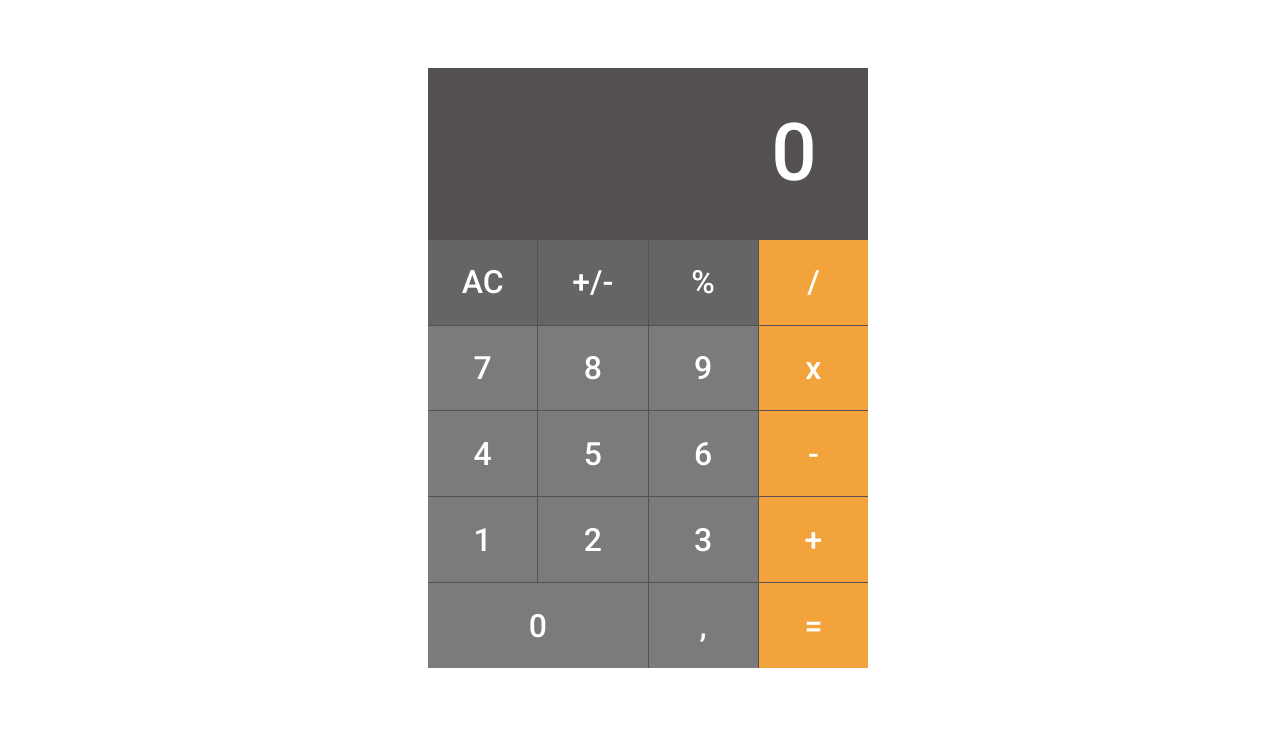
Repository: maciekto/calculatorOOP
Page: index.html
The author's editor kept a copy of each file at every save. The page is drawn from the files as they stood at one save, then again after the next save.
The browser window is 1280 px wide. The page is 1288 px wide, so the pictures cover 1288 px, including what lies to the right of the window. The pictures show the whole page.

Above is the page before, as saved 2022-07-08 16:59:52.

### index.html
<!DOCTYPE html>
<html lang="en">
<head>
    <meta charset="UTF-8">
    <meta http-equiv="X-UA-Compatible" content="IE=edge">
    <meta name="viewport" content="width=device-width, initial-scale=1.0">
    <title>Document</title>
    <link rel="stylesheet" href="css.css">


</head>
<body>
    <main>
        <div class="Calc">
            <div class="Calc__result">
                <div class="Calc__result__inner">
                    0
                </div>
            </div>

            <div class="Calc__reset">
                AC
            </div>
            <div class="Calc__opposite">
                +/-
            </div>
            <div class="Calc__percentages">
                %
            </div>
            <div class="Calc__divide">
                /
            </div>

            <div class="Calc__7">7</div>
            <div class="Calc__8">8</div>
            <div class="Calc__9">9</div>
            <div class="Calc__multiply">
                x
            </div>

            <div class="Calc__4">4</div>
            <div class="Calc__5">5</div>
            <div class="Calc__6">6</div>
            <div class="Calc__substraction">
                -
            </div>

            <div class="Calc__1">1</div>
            <div class="Calc__2">2</div>
            <div class="Calc__3">3</div>
            <div class="Calc__addition">
                +
            </div>

            <div class="Calc__0">0</div>
            <div class="Calc__comma">,</div>
            <div class="Calc__isequal">
                =
            </div>

        </div>
    </main>

    <script src="js.js"></script>
</body>
</html>

### css.css
@import url('https://fonts.googleapis.com/css2?family=Roboto:wght@400;500;700&display=swap');

* {
    font-family: 'Roboto', sans-serif;
    font-weight: 500;
    box-sizing: border-box;
}

main {
    width: 100vw;
    height: 100vh;
    display: grid;
    place-items: center;
}

.Calc {
    max-width: 440px;
    width: 55vw;
    height: 80vw;
    max-height: 600px;
    background: #545150;
    color: white;
    display: grid;
    grid-template-columns: repeat(4, 1fr);
    grid-template-rows: repeat(7, 1fr);
    grid-template-areas:
    "result result result result"
    "result result result result"
    "reset opposite percentages divide"
    "seven eight nine multiply"
    "four five six substraction"
    "one two three addition"
    "zero zero comma isequal"
    ;
    grid-gap: 1px;
    font-size: 4vw;
}
.Calc div {
    display: grid;
    place-items: center;
    background: #7b7b7c;
    cursor: pointer;
}
.Calc__result {
    grid-area: result;
    background: #545150 !important;
    font-size: 10vw;
}
.Calc__result__inner {
    padding: 1vw 4vw;
    width: 100%;
    height: 100%;
    display: flex;
    align-items: flex-end;
    justify-content: flex-end;


    background: #545150 !important;

}
.Calc__reset {
    background: #666464 !important;
}
.Calc__opposite {
    background: #666464 !important;
}
.Calc__percentages {
    background: #666464 !important;
}
.Calc__divide {
    background: #f2a33c !important;
}
.Calc__multiply {
    background: #f2a33c !important;
}
.Calc__substraction {
    background: #f2a33c !important;
}
.Calc__addition {
    background: #f2a33c !important;
}
.Calc__isequal {
    background: #f2a33c !important;
}


.Calc__0 {
    grid-area: zero;
}

@media (min-width: 800px) {
    .Calc {
        font-size: 32px;
    }
    .Calc__result {
        font-size: 80px;
    }
}

### js.js

// Zaznaczanie klasy
function Class(nazwa) {
    return document.querySelector(`.${nazwa}`);
}


const result = Class('Calc__result');
const x = Class('Calc__multiply');


let result_number;

const l0 = Class('Calc__0');
const l1 = Class('Calc__1');
const l2 = Class('Calc__2');
const l3 = Class('Calc__3');
const l4 = Class('Calc__4');
const l5 = Class('Calc__5');
const l6 = Class('Calc__6');
const l7 = Class('Calc__7');
const l8 = Class('Calc__8');
const l9 = Class('Calc__9');
const lcomma = Class('Calc__comma');

var liczby = [l0, l1, l2, l3, l4, l5, l6, l7, l8, l9, lcomma, x];

liczby.forEach(element => {
    element.addEventListener('click', () => numberClicked(element));
});

function numberClicked(number) {
    console.log(number.innerHTML)
    if(number.innerHTML === 'x') {

    }else {
        if(result.innerHTML === '0') {
            result.innerHTML = number.innerHTML;
        } else {
            const OLDresult = result.innerHTML;
            result.innerHTML = OLDresult + number.innerHTML;
        }
    }


}

console.log(l1)



























































// inputy liczb
// inputy orange
// input procent
// input odwrotność
// input reset

// 1. po klinięciu liczba jest zapisywana jako aktywna, jeżeli jest dodana następna liczba jest dodawana do pierwszej w stringu

// 2. Po kliniuęciu jakiegoś przycisku z orange jest dodawana flaga co będzie z tą liczbą robione

// 3. Wprowadzenie następnej liczby

// 4. Wynik


// 5. Resetowanie liczby jako resetowanie zmiennej przechowującej wyrażenie

After the next save:
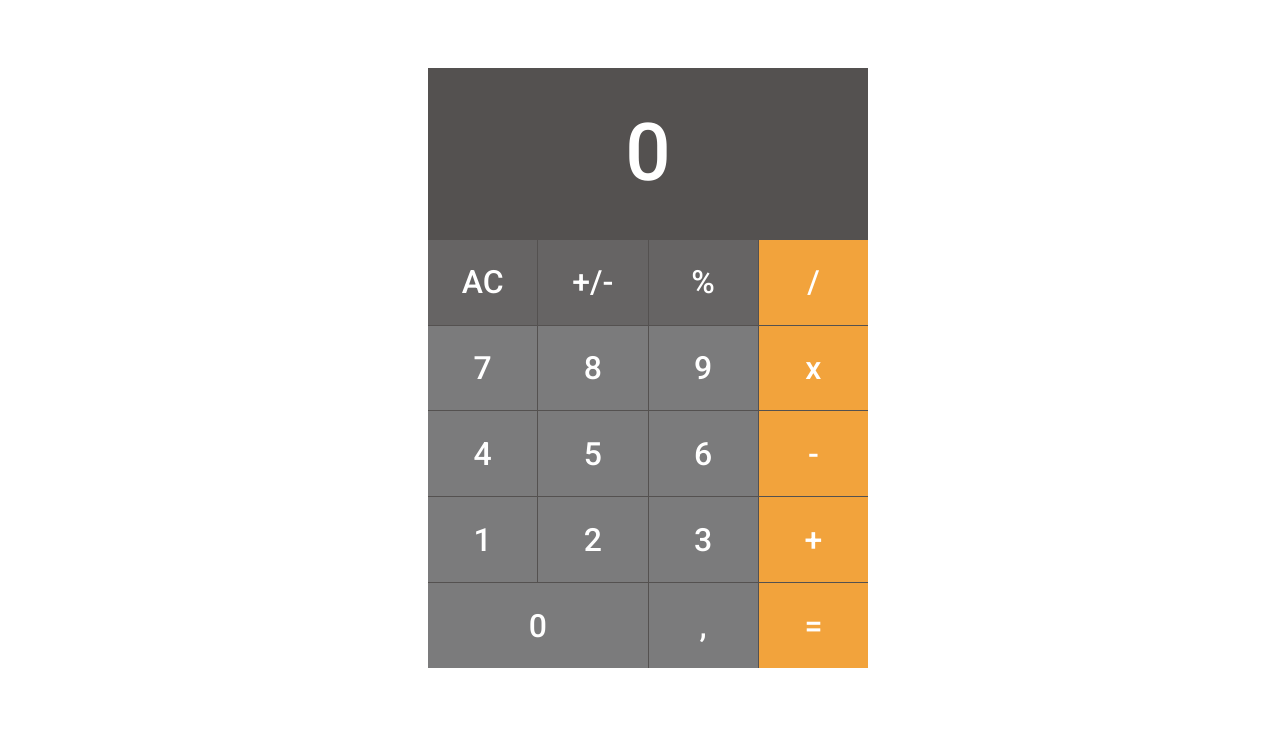
Saved 36 s later.
--- a/css.css
+++ b/css.css
@@ -50,9 +50,8 @@ main {
     padding: 1vw 4vw;
     width: 100%;
     height: 100%;
-    display: flex;
-    align-items: flex-end;
-    justify-content: flex-end;
+    display: grid;
+    place-items: end end;
 
 
     background: #545150 !important;
